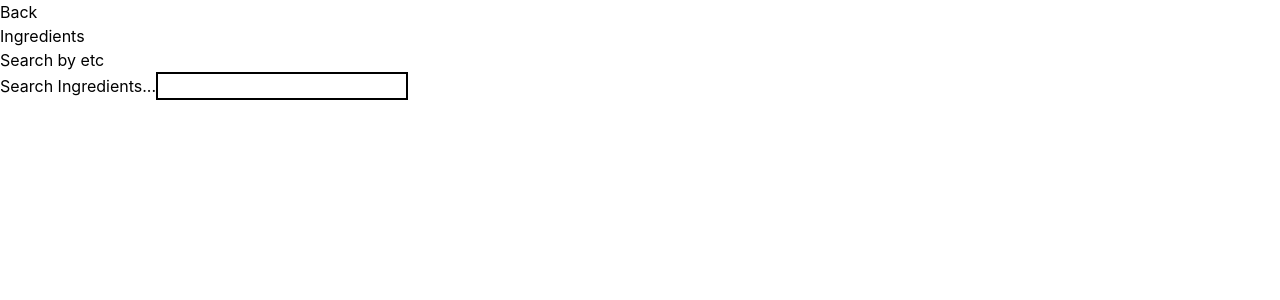
Repository: thais-chen/Meal
Page: /ingredients (app in meal-plan/)
An editor plug-in stored every save of this project. The page is shown before and after the next save, followed by the edit.
The browser window is 1280 px wide. The pictures show the whole page.
The project was rebuilt for these pictures with package versions that can differ from the ones it lists, and the page was loaded fresh each time. The framework's server and built-in components were replaced by stand-ins that run in the browser. Also part of the build but not shown: meal-plan/next.config.js.

Above is the page before, as saved 2022-08-11 19:22:33.

After the next save:
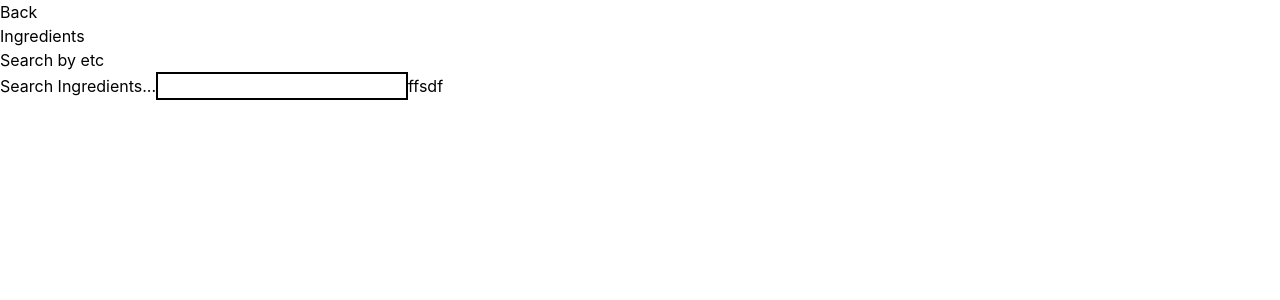
Saved 7 s later.
--- a/meal-plan/comps/Form.js
+++ b/meal-plan/comps/Form.js
@@ -6,7 +6,7 @@ const Form = (props) => {
       <label>
         {props.label}
         <input value={props.value} onChange={props.onChange} />
-        <button onClick={props.clicked}>{props.buttonText}</button>
+        <button onClick={props.clicked}> ffsdf</button>
       </label>
     </>
   );
